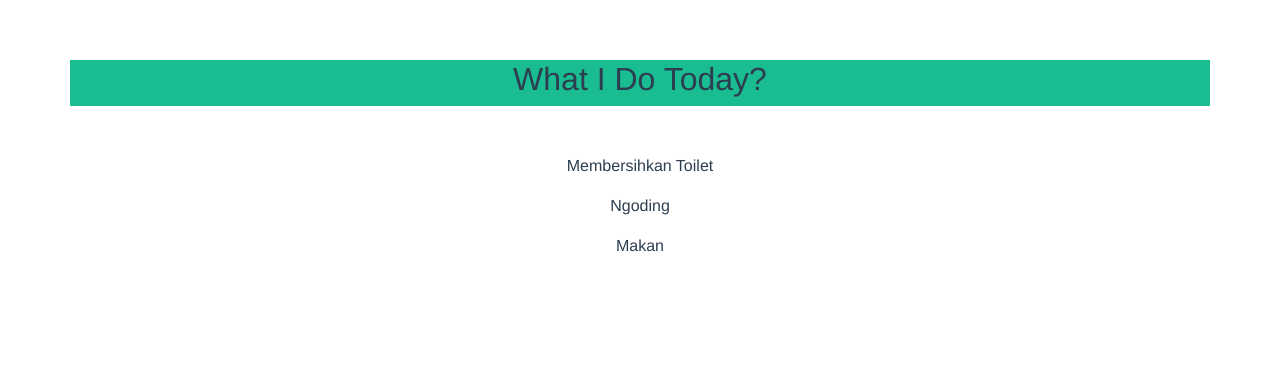
Repository: AdiPrimanto/praxis-academy
Page: / (app in novice/03-05/todolist/)
An editor plug-in stored every save of this project. The page is shown before and after a run of saves, followed by the edit.
The browser window is 1280 px wide. The pictures show the whole page.
The project was rebuilt for these pictures with package versions that can differ from the ones it lists, and the page was loaded fresh each time.

Above is the page before, as saved 2019-11-29 14:15:26.

After the next 3 saves:
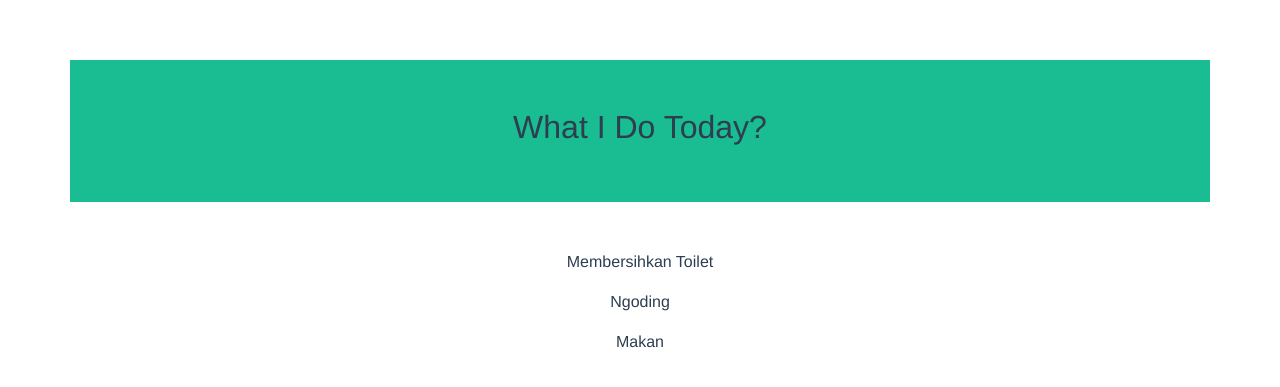
The 3 saves are shown as one change because they came seconds apart.
The last was saved 82 s later.
--- a/novice/03-05/todolist/src/App.vue
+++ b/novice/03-05/todolist/src/App.vue
@@ -1,7 +1,7 @@
 <template>
   <div id="app">
     <div class="container">
-      <div class="row header mb-5">
+      <div class="row header mb-5 p-5">
         <div class="col-12">
           <h2>What I Do Today? </h2>
         </div>
